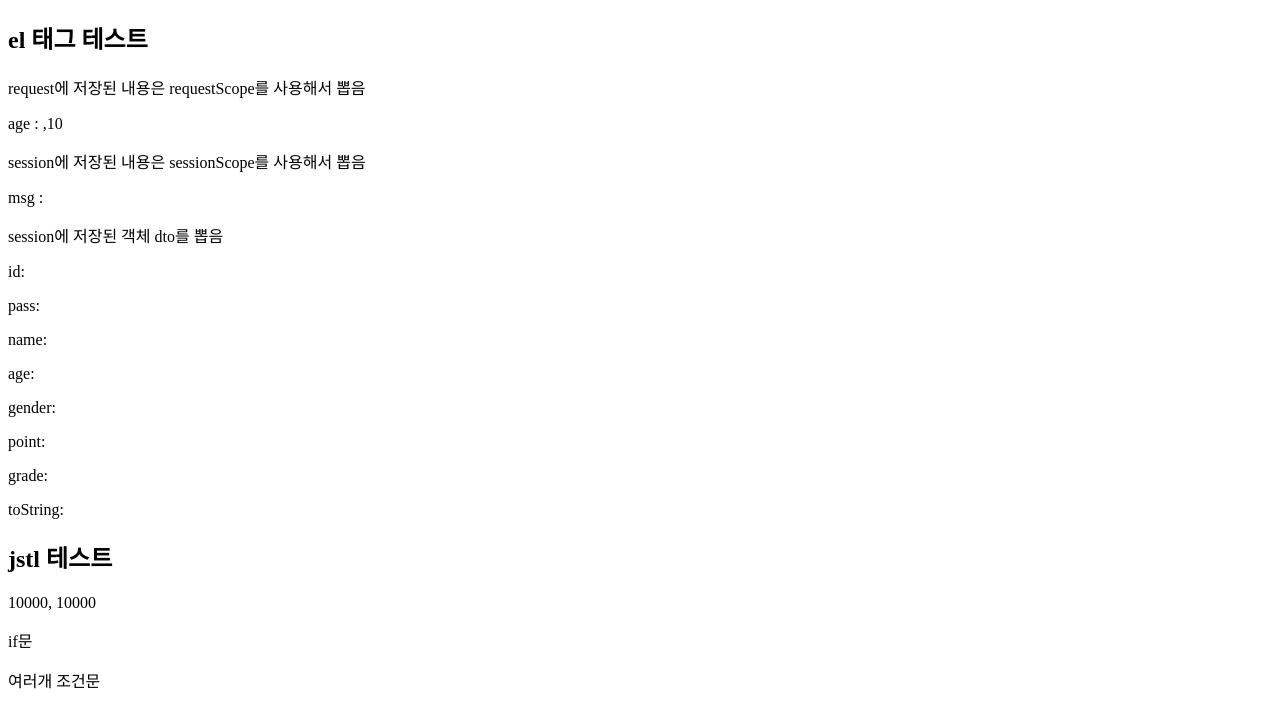
Repository: cdnwell/Jsp
Page: http://localhost/jstl/jstl_el.jsp
These files come from the project's save history. The page is drawn as it stood at one moment and after the next save; the edit follows.
The browser window is 1280 px wide. The pictures show the whole page.
The page is served by Tomcat 9. Other server files are loaded and not shown. The template is opened directly, without the code that normally fills it, so the values that code supplies are empty.

Above is the page before, as saved 2022-07-05 02:05:07.

### jstl/src/main/webapp/jstl_el.jsp
<%@ page language="java" contentType="text/html; charset=UTF-8"
    pageEncoding="UTF-8"%>
<!-- 접두사 설정 : c, 원하는 것 아무거나 가능 -->
<%@ taglib prefix="c" uri="http://java.sun.com/jsp/jstl/core" %>
<!DOCTYPE html>
<html>
<head>
<meta charset="UTF-8">
<title>Insert title here</title>
</head>
<body>
	<h2>el 태그 테스트</h2>
	<p>request에 저장된 내용은 requestScope를 사용해서 뽑음</p>
	<!-- 더 간단하게 변수 값을 불러올 수 있게 되었다. request 영역 저장된 값 뽑기 -->
	<p>age : ${requestScope.age},${requestScope.age+10}</p>
	<p>session에 저장된 내용은 sessionScope를 사용해서 뽑음</p>
	<p>msg : ${sessionScope.msg}</p>
	<p>session에 저장된 객체 dto를 뽑음</p>
	<p>id:${sessionScope.dto.id}</p>
	<p>pass:${sessionScope.dto.pass }</p>
	<p>name:${sessionScope.dto.name }</p>
	<p>age:${sessionScope.dto.age }</p>
	<p>gender:${sessionScope.dto.gender }</p>
	<p>point:${sessionScope.dto.point }</p>
	<p>grade:${sessionScope.dto.grade }</p>
	<p>toString:${sessionScope.dto.toString() }</p>
	<h2>jstl 테스트</h2>
	<!-- 변수를 만들기, set : 변수 만들어서 데이터 초기화 -->
	<!-- jstl에서 변수 만들고 데이터를 넣어 줌 -->
	<c:set var="tnum" value="10000" />
	<!-- out : 해당 데이터 출력 -->
	<p><c:out value="${tnum}" />, ${tnum }</p>
	<!-- if문 : test가 조건식, else나 else if는 없다 -->
	<p>if문</p>
	<c:if test="${requestScope.age < 20}">
		<p>미성년자 입니다.</p>
	</c:if>
	<c:if test="${requestScope.age >= 20}">
		<p>성인 입니다.</p>
	</c:if>
	<p>여러개 조건문</p>
	<!-- 태그 두 종류 들어감, when = if, else if, otherwise = else -->
	<c:choose>
		<c:when test="${requestScope.age >= 20 && requestScope.age < 30 }">
			<p>20대 입니다.</p>
		</c:when>
		<c:when test="${requestScope.age >= 30 && requestScope.age < 40 }">
			<p>30대 입니다.</p>
		</c:when>
		<c:otherwise>

		</c:otherwise>
	</c:choose>
</body>
</html>

After the next save:
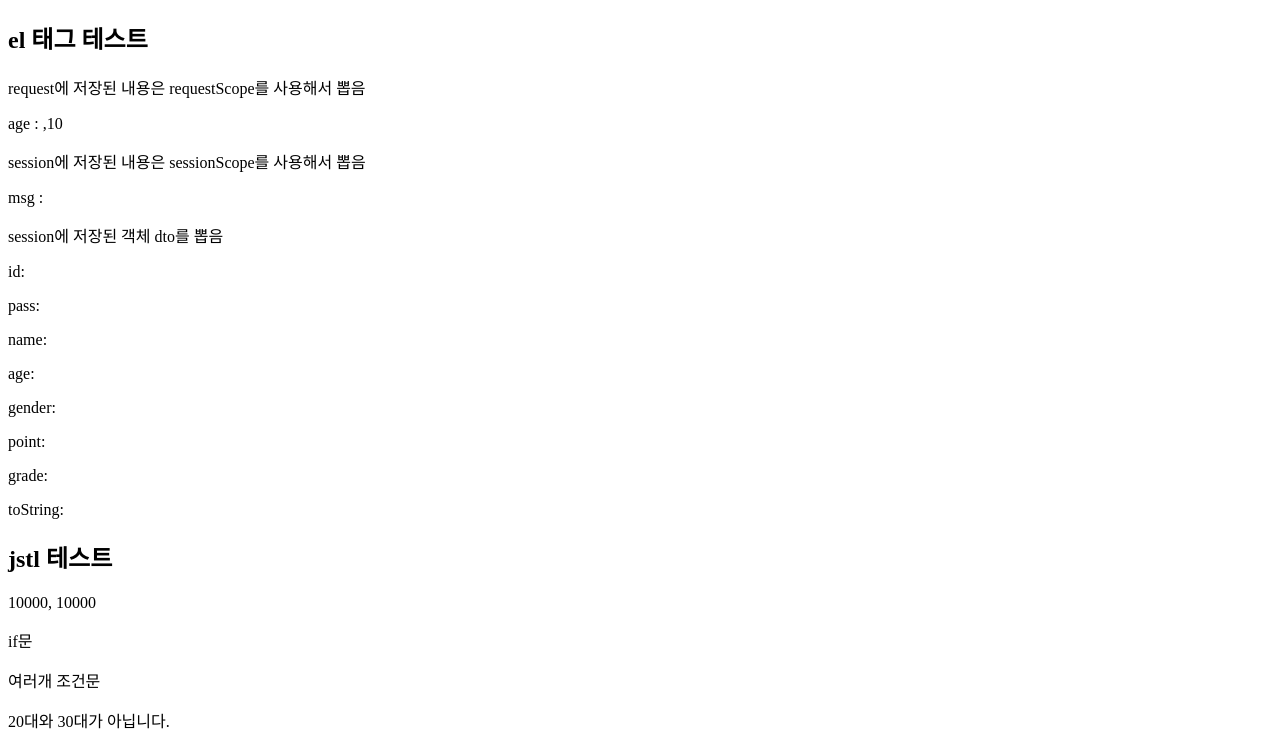
Saved 29 s later.
--- a/jstl/src/main/webapp/jstl_el.jsp
+++ b/jstl/src/main/webapp/jstl_el.jsp
@@ -48,7 +48,7 @@
 			<p>30대 입니다.</p>
 		</c:when>
 		<c:otherwise>
-
+			<p>20대와 30대가 아닙니다.</p>
 		</c:otherwise>
 	</c:choose>
 </body>
